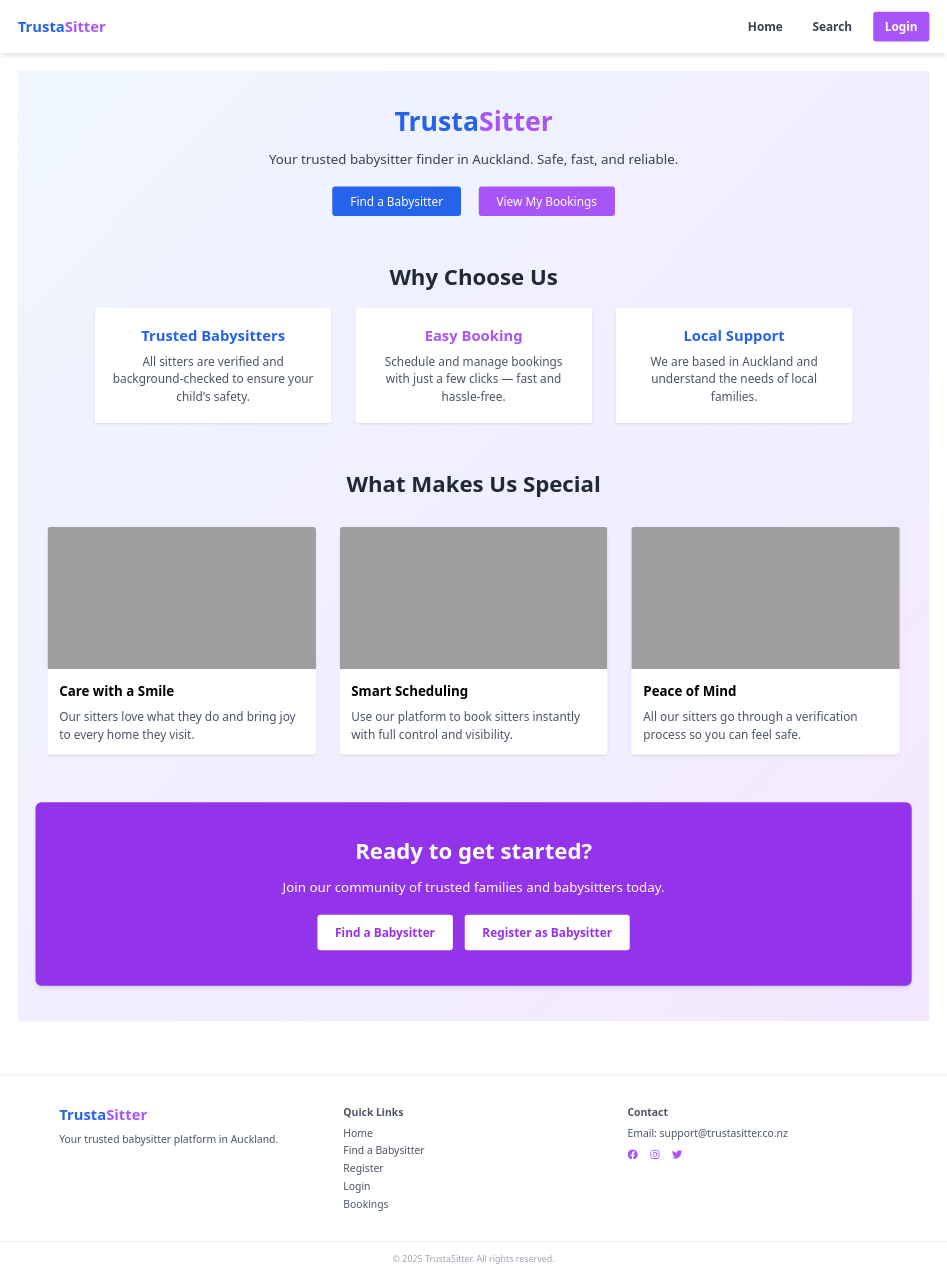
Repository: LargeWC-Code/TrustaSitter
Page: / (app in trustasitter-frontend/)
The author's editor kept a copy of each file at every save. The page is drawn from the files as they stood at one save, then again after the next save.
The browser window is 1280 px wide. The pictures show the whole page, at 74% of full size.
Pictures or frames that could not be fetched are drawn as grey boxes. The project was rebuilt for these pictures with package versions that can differ from the ones it lists, and the page was loaded fresh each time. Also part of the build but not shown: trustasitter-frontend/vite.config.js, trustasitter-frontend/src/pages/Search.jsx, trustasitter-frontend/src/pages/Login.jsx, trustasitter-frontend/src/pages/Bookings.jsx, trustasitter-frontend/src/pages/ChooseRole.jsx, trustasitter-frontend/src/pages/RegisterBabysitter.jsx, trustasitter-frontend/src/pages/RegisterClient.jsx, trustasitter-frontend/src/pages/HomeClient.jsx and 2 more.

Above is the page before, as saved 2025-06-29 02:51:44.

After the next save:
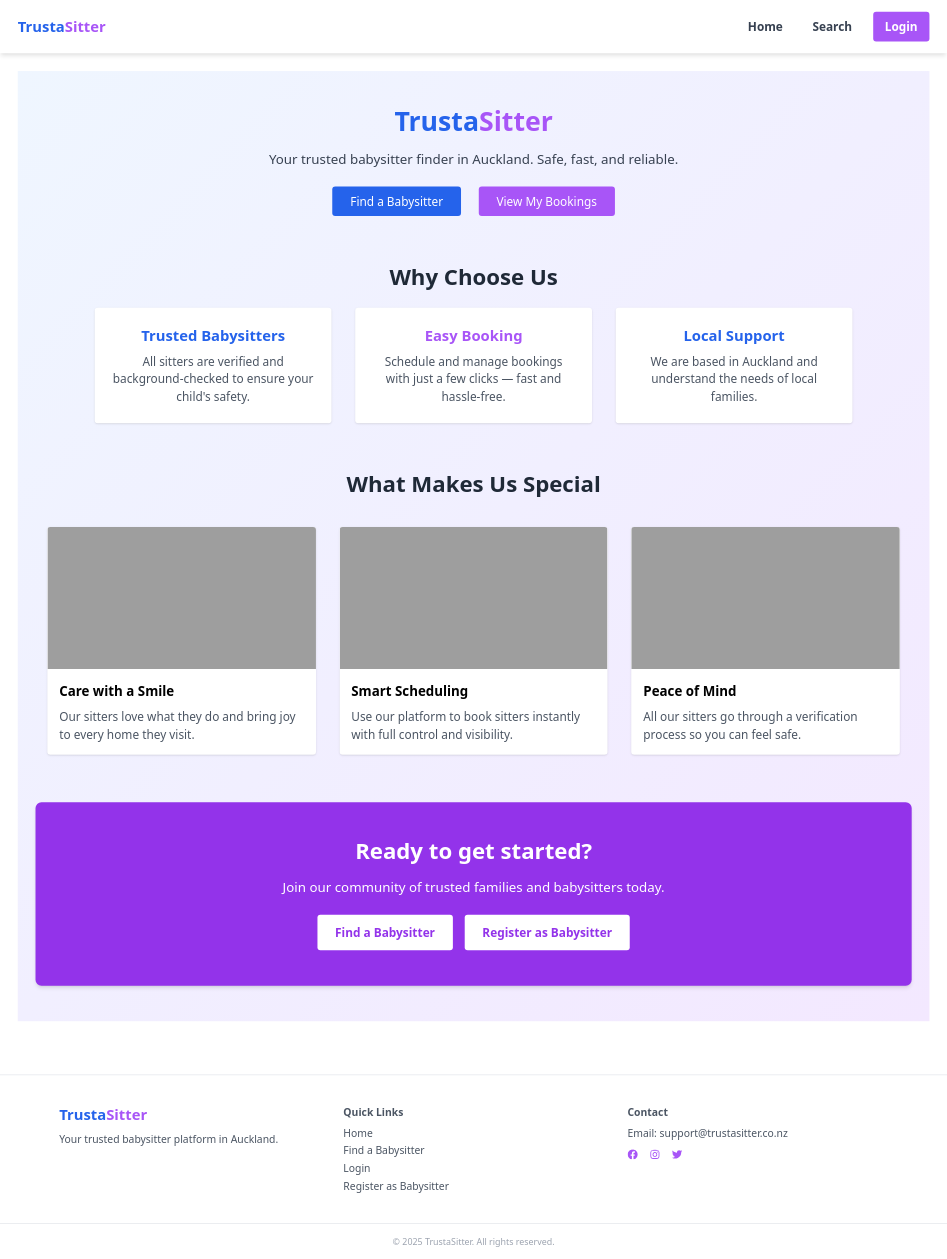
Saved 6 min 57 s later.
--- a/trustasitter-frontend/src/components/Footer.jsx
+++ b/trustasitter-frontend/src/components/Footer.jsx
@@ -19,11 +19,38 @@ const Footer = () => {
         <div>
           <h3 className="font-semibold mb-2">Quick Links</h3>
           <ul className="space-y-1">
-            <li><Link to="/">Home</Link></li>
-            <li><Link to="/search">Find a Babysitter</Link></li>
-            <li><Link to="/register">Register</Link></li>
-            <li><Link to="/login">Login</Link></li>
-            <li><Link to="/bookings">Bookings</Link></li>
+            <li>
+              <Link
+                to="/"
+                onClick={() => window.scrollTo(0, 0)}
+              >
+                Home
+              </Link>
+            </li>
+            <li>
+              <Link
+                to="/search"
+                onClick={() => window.scrollTo(0, 0)}
+              >
+                Find a Babysitter
+              </Link>
+            </li>
+            <li>
+              <Link
+                to="/login"
+                onClick={() => window.scrollTo(0, 0)}
+              >
+                Login
+              </Link>
+            </li>
+            <li>
+              <Link
+                to="/register-babysitter"
+                onClick={() => window.scrollTo(0, 0)}
+              >
+                Register as Babysitter
+              </Link>
+            </li>
           </ul>
         </div>
 
@@ -32,9 +59,15 @@ const Footer = () => {
           <h3 className="font-semibold mb-2">Contact</h3>
           <p>Email: support@trustasitter.co.nz</p>
           <div className="flex space-x-4 mt-3">
-            <a href="#" className="text-purple-500 hover:text-purple-700"><FaFacebook /></a>
-            <a href="#" className="text-purple-500 hover:text-purple-700"><FaInstagram /></a>
-            <a href="#" className="text-purple-500 hover:text-purple-700"><FaTwitter /></a>
+            <a href="#" className="text-purple-500 hover:text-purple-700">
+              <FaFacebook />
+            </a>
+            <a href="#" className="text-purple-500 hover:text-purple-700">
+              <FaInstagram />
+            </a>
+            <a href="#" className="text-purple-500 hover:text-purple-700">
+              <FaTwitter />
+            </a>
           </div>
         </div>
       </div>
